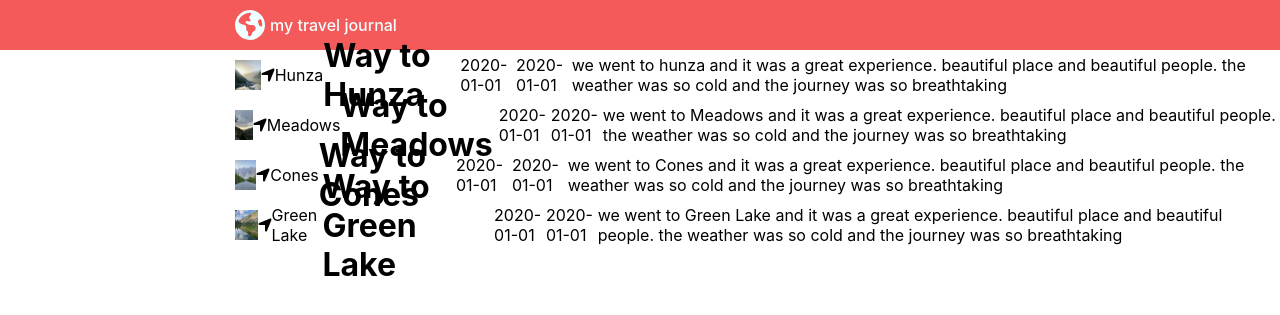
Repository: mortiestmorty1/travel-journal
Page: /
An editor plug-in stored every save of this project. The page is shown before and after the next save, followed by the edit.
The browser window is 1280 px wide. The pictures show the whole page.
The project was rebuilt for these pictures with package versions that can differ from the ones it lists, and the page was loaded fresh each time.

Above is the page before, as saved 2024-01-17 14:44:12.

After the next save:
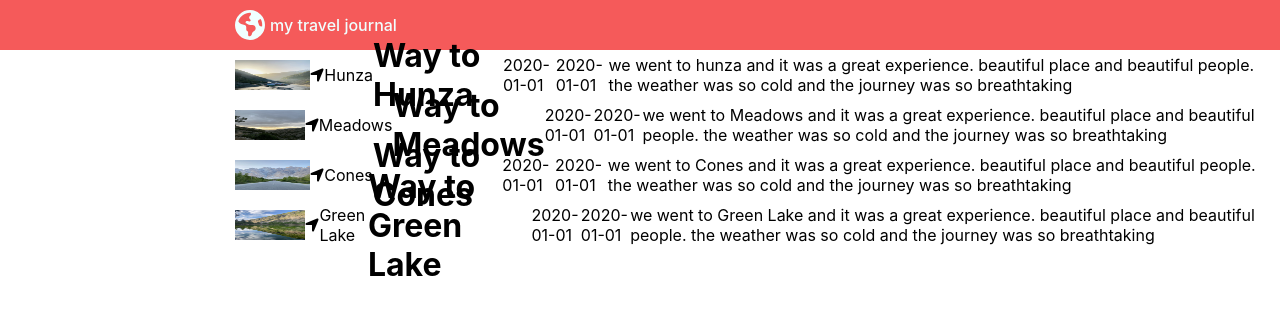
Saved 17 s later.
--- a/src/App.css
+++ b/src/App.css
@@ -32,7 +32,7 @@
   margin-left: 230px;
 }
 .image{
-  width: 30px;
+  width: 125px;
   height: 30px;
   margin-left: 5px;
   color: azure;
